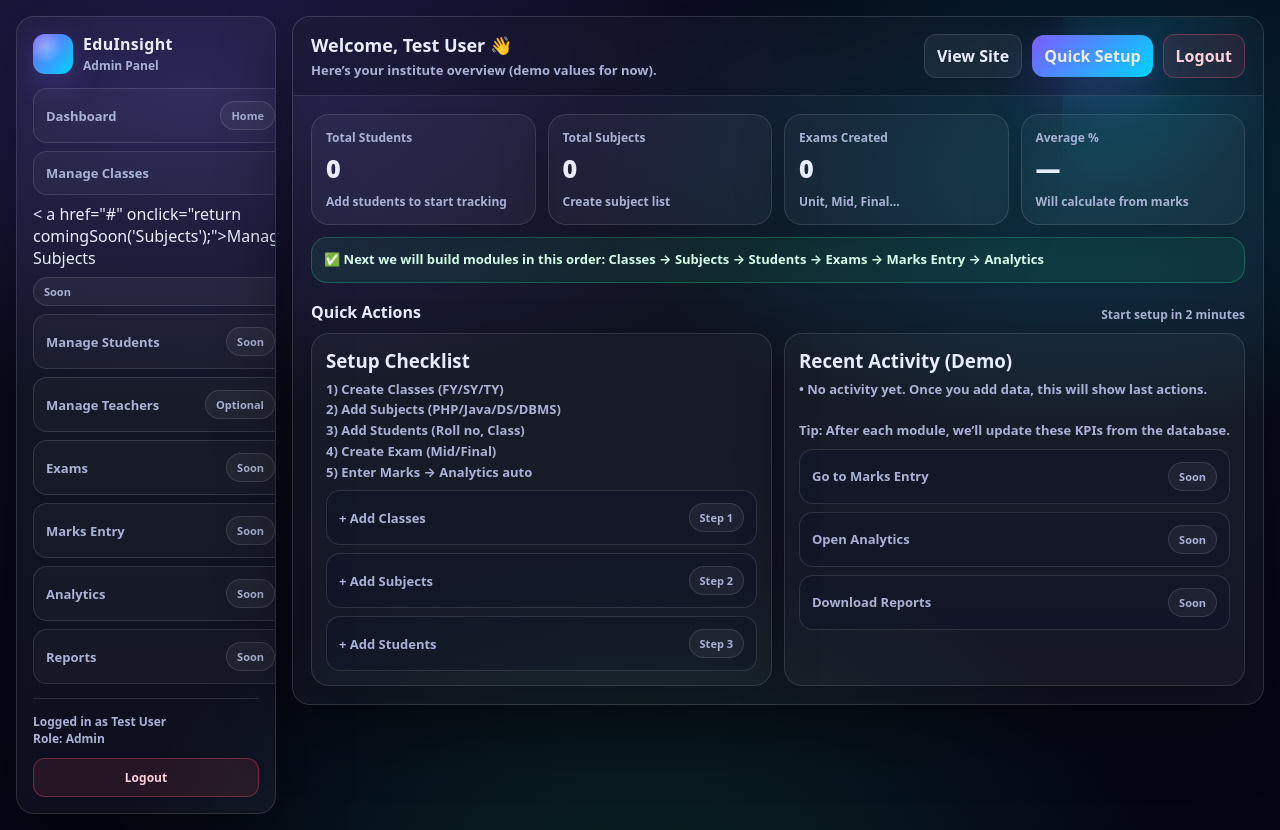
Repository: Kaifclash/EduInsight
Page: http://localhost/dashboard/admin_dashboard.php
An editor plug-in stored every save of this project. The page is shown before and after a run of saves, followed by the edit.
The browser window is 1280 px wide. The pictures show the whole page.
The page is run by PHP 8.4 with error messages shown; the project is at /var/www/html/. The session is filled in as if someone had signed in: {"user_id": 1, "role": "admin", "full_name": "Test User"}.

Above is the page before, as saved 2026-02-11 19:17:37.

After the next 3 saves:
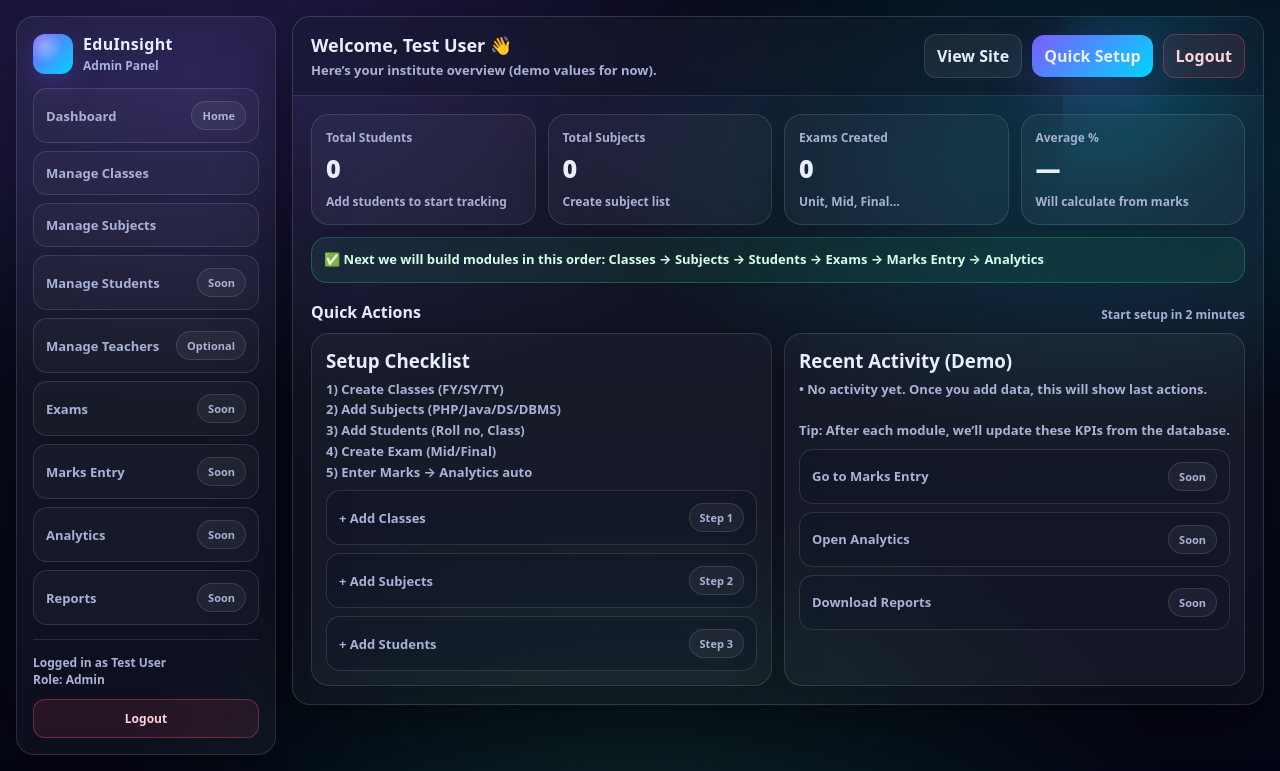
The 3 saves are shown as one change because they came seconds apart.
The last was saved 9 s later.
--- a/dashboard/admin_dashboard.php
+++ b/dashboard/admin_dashboard.php
@@ -317,7 +317,7 @@ $fullName = $_SESSION["full_name"] ?? "Admin";
       <div class="nav">
         <a href="admin_dashboard.php">Dashboard <span class="pill">Home</span></a>
         <a href="classes.php">Manage Classes</a>
-       < a href="#" onclick="return comingSoon('Subjects');">Manage Subjects <span class="pill">Soon</span></a>
+        <a href="subjects.php">Manage Subjects</a>
         <a href="#" onclick="return comingSoon('Students');">Manage Students <span class="pill">Soon</span></a>
         <a href="#" onclick="return comingSoon('Teachers');">Manage Teachers <span class="pill">Optional</span></a>
         <a href="#" onclick="return comingSoon('Exams');">Exams <span class="pill">Soon</span></a>
